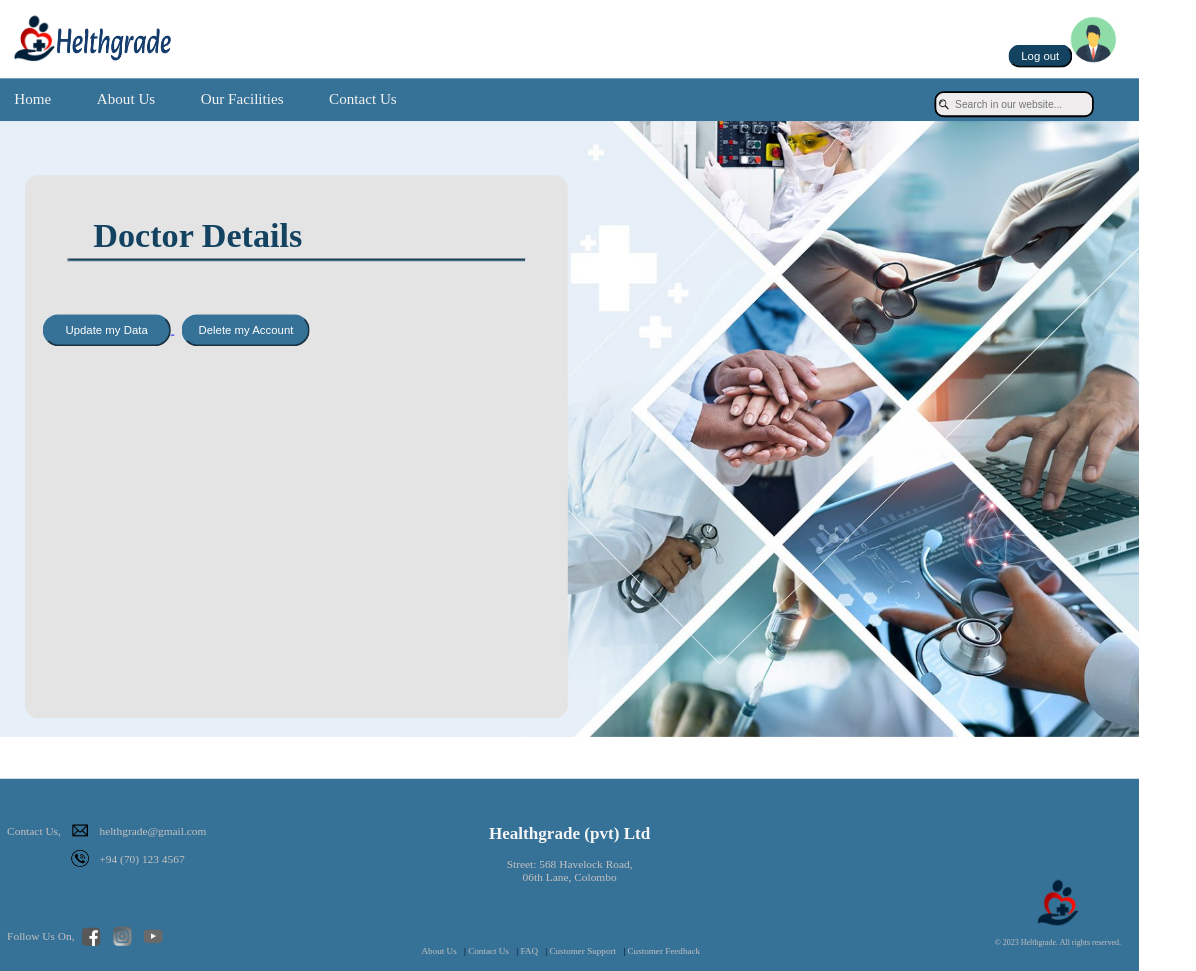
Repository: ILWijewardhana/echannelling-System
Page: http://localhost/echanneling/Doctor.jsp
The author's editor kept a copy of each file at every save. The page is drawn from the files as they stood at one save, then again after the next save.
The browser window is 1280 px wide. The page is 1280 px wide, then 1344 px, then 1280 px, so the pictures cover 1344 px, including what lies to the right of the window. The pictures show the whole page, at 89% of full size.
The page is served by Tomcat 9. Other server files are loaded and not shown. The template is opened directly, without the code that normally fills it, so the values that code supplies are empty.

Above is the page before, as saved 2024-05-13 18:05:20.

### echanneling/src/main/webapp/Doctor.jsp
<%@ page language="java" contentType="text/html; charset=ISO-8859-1"
    pageEncoding="ISO-8859-1"%>
    <%@taglib prefix="c" uri="http://java.sun.com/jsp/jstl/core"%>

<!DOCTYPE html>
<html>
<head>
<meta charset="ISO-8859-1">
<title>Doctor account</title>

	 <link rel="stylesheet" href="CSS/doctor.css">
  </head>
  <body>

  <div class="background">
  <div class="blur"></div>
  </div>

  <div class="login">
    <img src="Images/logo.png" id="logo" alt="channel logo">
    <img src="Images/title1.png" id="title" alt="channel title">
    <img src="Images/worker.png" id="pImg" alt="profile image">
  </div>
  <div class="Aname">
    <a href="Home.jsp" id="logout" ><button>Log out</button></a>
  </div>



<!--navigation bar-->
<div class="navBarDiv">
    <div class="topnav">
    <a href="Home.jsp">Home</a>
    <a href="aboutUs.jsp">About Us</a>
    <a href="ourfacility.jsp">Our Facilities</a>
    <a href="contactUs.jsp">Contact Us</a>
</div>

      <div class="search">
        <form style="height: 100%;" onsubmit="return false">
          <input type="search" placeholder="Search in our website..." id="searchBar" onsearch="search()">
          <img src="Images/search.png">
          <script src="JS/searchBar.js"></script>
          <input type="submit" id="searchSubmit">
        </form>
      </div>



   <div id="doc">
    <table  style="width:100%">
        <tr>
            <th align="left">
            <h1>Doctor Details</h1>
            <hr>
            	<table id="table" style="width:90%">
				<c:forEach var ="doc" items ="${docDetails}">

					<c:set var="id" value="${doc.id}"/>
					<c:set var="fname" value="${doc.firstName}"/>
					<c:set var="lname" value="${doc.lastName}"/>
					<c:set var="specialization" value="${doc.specialization}"/>
					<c:set var="address" value="${doc.address}"/>
					<c:set var="email" value="${doc.email}"/>
					<c:set var="phone" value="${doc.phone}"/>
					<c:set var="gender" value="${doc.gender}"/>
					<c:set var="username" value="${doc.username}"/>
					<c:set var="password" value="${doc.password}"/>

					<tr>
						<td>Doctor ID</td>
						<td>${doc.id}</td>
					</tr>
					<tr>
						<td>First Name</td>
						<td>${doc.firstName}</td>
					</tr>
					<tr>
						<td>Last Name</td>
						<td>${doc.lastName}</td>
					</tr>
					<tr>
						<td>Specialization</td>
						<td>${doc.specialization}</td>
					</tr>
					<tr>
						<td>Address</td>
						<td>${doc.address}</td>
					</tr>
					<tr>
						<td>Email</td>
						<td>${doc.email}</td>
					</tr>
					<tr>
						<td>Contact no.</td>
						<td>${doc.phone}</td>
					</tr>
					<tr>
						<td>Gender</td>
						<td>${doc.gender}</td>
					</tr>
					<tr>
						<td>Username</td>
						<td>${doc.username}</td>
					</tr>
					<tr>
						<td>Password</td>
						<td>${doc.password}</td>
					</tr>

				</c:forEach>
				</table>

				<br>
				<br>

				<c:url value="UpdateDoctor.jsp" var="docupdate">
					<c:param name="id" value="${id}"/>
					<c:param name="fname" value="${fname}"/>
					<c:param name="lname" value="${lname}"/>
					<c:param name="specialization" value="${specialization}"/>
					<c:param name="address" value="${address}"/>
					<c:param name="email" value="${email}"/>
					<c:param name="phone" value="${phone}"/>
					<c:param name="gender" value="${gender}"/>
					<c:param name="uname" value="${username}"/>
					<c:param name="Pwd" value="${password}"/>
				</c:url>

                <a href="${docupdate}">
                <input type="button" name="update" class="button1" value="Update my Data">
                </a>

                <c:url value="DeleteDoctor.jsp" var="docdelete">
					<c:param name="id" value="${id}"/>
					<c:param name="fname" value="${fname}"/>
					<c:param name="lname" value="${lname}"/>
					<c:param name="specialization" value="${specialization}"/>
					<c:param name="address" value="${address}"/>
					<c:param name="email" value="${email}"/>
					<c:param name="phone" value="${phone}"/>
					<c:param name="gender" value="${gender}"/>
					<c:param name="uname" value="${username}"/>
					<c:param name="Pwd" value="${password}"/>
				</c:url>

                <a href="${docdelete}">
                <input type="button" name="delete" class="button1" value="Delete my Account">
                </a>

            </th>
        </tr>
    </table>
	<br><br>

	</div>


		   <!--footer-->
    <footer>
        <br><br>
        <table width="30%" class="footerTable">
          <tr>
            <td width="20%">Contact Us,</td>
            <td width="10%"><img src="Images/email.png" width="80%"></td>
            <td style="white-space:nowrap; text-align: left;">helthgrade@gmail.com</td>
          </tr>
          <tr>
            <td></td>
            <td><img src="Images/phone.png" width="55%"></td>
            <td style="text-align: left;">+94 (70) 123 4567</td>
          </tr>
        </table><br><br><br>

        <table width="30%" class="footerTable footerTableHover">
          <tr>
            <td>Follow Us On,</td>
            <td width="10%"><a href="https://www.facebook.com/" target="_blank"><img src="Images/facebook.png" class="fb"></a></td>
            <td width="10%"><a href="https://www.instagram.com/" target="_blank"><img src="Images/insta.png" class="insta"></a></td>
            <td width="10%"><a href="https://www.youtube.com/" target="_blank"><img src="Images/youtube.png" class="yt"></a></td>

            <td width="60%"></td>
          </tr>
        </table><br>

        <div class="address">
          <h2>Healthgrade (pvt) Ltd</h2>
          <p>Street: 568 Havelock Road,<br>06th Lane, Colombo</p>
        </div>

        <div class="hyperLinks">
          <p>
            <a href="aboutUs.jsp">About Us</a> |
            <a href="contactUs.jsp">Contact Us</a> |
            <a href="FAQ.jsp">FAQ</a> |
            <a href="customerSupport.jsp">Customer Support</a> |
            <a href="CustomerFeedback.jsp">Customer Feedback</a>
          </p>
        </div>
        <br><br>

        <div class="bottomLogo">
          <img src="Images/logo.png">
          <p>&copy; 2023 Helthgrade. All rights reserved.</p>
        </div>

      </footer>
    </body>
  </html>

### echanneling/src/main/webapp/CSS/doctor.css
@charset "ISO-8859-1";
body{
    margin: 0px;
    padding: 0px;
    background-color:white;


}

.background{
	position:absolute;
	top:15%;
	left:0%;
	width:100%;
	min-height:100%;
	background-image:url("../Images/bg.png");
	background-repeat: no-repeat;
	background-size: cover;
	z-index: -1;
	filter:blur(0px);
}

#logo{
    margin: 1%;
    position: absolute;
    margin-top: -1%;
    width: 6vw;
    margin-left: 0%;

}

#title{
    position: absolute;
    width: 10vw;
    margin-top: 1%;
    margin-left: 5%;
    margin-right: auto;
    height: 5%;

}

.login{
    margin-top: 1.5%;
}

#pImg {
    margin-right: 2%;
    width: 4%;
    float: right;
    margin-top:0%
  }
  .Aname h3{
    font-size: 1.3vw;
    text-align: right;
    font-family: Arial, Helvetica, sans-serif;
    margin-top:2%;
    color: #134360;
  }

  a{
    margin-right: 1.5%;
 }

 .Aname button{
    position: absolute;
    height: 3.5vh;
    width: 10vh;
    border-radius: 2vw;
    font-size: 1vw;
    color: white;
    background-color: #134360;
    cursor: pointer;
    transition: 1s;
    left: 88.5%;
    border-color:#134360 ;
    top: 7%;
  }
  .Aname button:hover {
    filter: drop-shadow(0 0 3px #000);
    transform: scale(1);
    transition: 1s;
  }

  /* navigation bar */

.topnav {
    margin-top: 4%;
    overflow: hidden;
    background-color: #367297;
  }

.topnav a {
    float: left;
    color: #f2f2f2;
    text-align: center;
    padding: 14px 16px;
    text-decoration: none;
    font-size: 17px;
  }

.topnav a:hover {
    background-color: #eeecec;
    color: black;
  }

.topnav a.active {
    background-color: #134360;
    color: white;
  }


/*search bar*/
.search {
    width: 14vw;
    height: 4vh;
    margin-left: 82%;
    margin-top: -1.5%;
    transform: translateY(-50%);
    transition: 1s;
  }

.search input {
    margin-bottom: 2%;
    border-color: black;
    background-color:#eeecec;
    border: 2px solid ;
    border-radius: 10px;
    padding-left: 12%;
    width: 100%;
    height: 100%;
    font-size: 1vw;
    transition: 1s;
    color: black;
  }
.search input::placeholder {

    font-size: .9vw;
  }

.search input::-ms-input-placeholder {
    color: grey;
  }

.search img {
    width: .9vw;
    position: absolute;
    left: 3%;
    top: 50%;
    transform: translateY(-50%);
  }

.search input[type=submit] {
    visibility: hidden;
  }

  #doc {
    border: 2px solid ;
    border-color: #e4e4e4;
    border-radius: 15px;
    width: 45%;
    height: 80vh;
    position: relative;
    margin-top: 4%;
    left: 26%;
    transform: translate(-50%);
    transition: 1s;
    background-color:#e4e4e4;
    padding: 15px;
  }
  #doc h1 {
    font-size: 3vw;
    margin-left:10%;
    transition: 1s;
    color:#134360;
  }

  #doc hr{
     height:2px;
      width:90%;
     margin-left:5%;
      background-color: #134360;
      margin-top:-4%;
  }



  #table {
	  font-family: Arial, Helvetica, sans-serif;
	  border-collapse: collapse;
	  width: 100%;
	  border-radius:10px;
	  margin-left:5%;
	  margin-top:4%;
	}
	#table td, #doct th {
	  border: 1px solid #ddd;
	  padding: 8px;
	}
	#table tr:nth-child(even){background-color: #f2f2f2;}
	#table tr:hover {background-color: #ddd;}
	#table th {
	  padding-top: 12px;
	  padding-bottom: 12px;
	  text-align: left;
	  background-color: #04AA6D;
	  color: white;
	}

	.btn1{
	background-color: #367297;
	height: 5vh;
    width: 20vh;
    border-radius: 2vw;
    font-size: 1vw;
    color: white;
    border-color:#367297 ;
    transition: 1s;
	}

  .btn1:hover {
    filter: drop-shadow(0 0 3px #000);
    transform: scale(1);
    transition: 1s;
  }

  .button1{
	background-color: #367297;
	height: 5vh;
    width: 20vh;
    border-radius: 2vw;
    font-size: 1vw;
    color: white;
    border-color:#367297 ;
    transition: 1s;
	}

  .button1:hover {
    filter: drop-shadow(0 0 3px #000);
    transform: scale(1);
    transition: 1s;
  }

  .button2{
	background-color: #367297;
	height: 5vh;
    width: 20vh;
    border-radius: 2vw;
    font-size: 1vw;
    color: white;
    border-color:#367297 ;
    transition: 1s;
    margin-top:3%;
    margin-left:2%;
	}

  .button2:hover {
    filter: drop-shadow(0 0 3px #000);
    transform: scale(1);
    transition: 1s;
  }

   /* footer */

footer {
    display: block;
    box-sizing: border-box;
    position: relative;
    padding: 5px 5px 0px 5px;
    left: 0px;
    right: 0px;
    bottom: -10px;
    margin-top: 8vh;
    overflow: hidden;
    width: 100%;
    background-color: #367297;
    height: 30vh;
  }
  .footerTable td {
    font-size: 105%;
    font-size: 1vw;
    margin-top: 5vh;
    color: rgb(197, 193, 193);
  }
  .footerTable tr td {
    text-align: center;
    margin-top: 4vh;
  }
  .footerTable td:first-child {
    width: 1%;
    white-space: nowrap;
  }
  .socials {
    position: absolute;
    margin-top: -2.1%;
    margin-left: 4%;
  }
  .fb {
    margin-top: 10%;
    width: 70%;
    border-radius: 5px;
  }
  .insta {
    margin-top: 10%;
    width: 70%;
  }
  .yt {
    margin-top: 10%;
    width: 80%;
  }
  .tiktok {
    margin-top: 10%;
    width: 70%;
    border-radius: 5px;
  }
  .footerTableHover img:hover {
    transform: scale(110%);
    filter: drop-shadow(0px 0px 1px #000);
  }
  .address {
    position: absolute;
    top: 32%;
    left: 50%;
    transform: translate(-50%, -50%);
    text-align: center;
  }
  .address h2 {
    margin-top: 25%;
    font-size: 1.5vw;
    color:whitesmoke;
  }
  .address p {
    font-size: 1vw;
    color: rgb(197, 193, 193);
  }
  .hyperLinks {
    position: absolute;
    font-size: .8vw;
    top: 90%;
    left: 52%;
    transform: translate(-50%, -50%);
    width: 30%;
  }
  .hyperLinks p a {
    text-decoration: none;
    color: rgb(197, 193, 193);
  }
  .hyperLinks p a:hover {
    color:black;
  }
  .hyperLinks .currentFooter {
    font-weight: bold;
  }
  .hyperLinks .currentFooter:hover {
    cursor: default;
  }
  .bottomLogo {
    padding: 5px;
    position: absolute;
    right: 0;
    width: 15vw;
    height: fit-content;
    top: 50%;
    transform: translate(0, -45%);
  }
  .bottomLogo img {
    position: relative;
    width: 40%;
    margin-top: 35%;
    left: 35%;
  }
  .bottomLogo p {
    position: relative;
    font-size: .7vw;
    text-align: center;
    margin-top: -2%;
    color: rgb(197, 193, 193);
    left: 5%;
  }

### echanneling/src/main/webapp/JS/searchBar.js
/**
 *
 */function search()
{
    var text = document.getElementById("searchBar").value;
    text = text.toLowerCase();
    if(text == 'home')
    {
        window.location = "../HTML/Home.html";
    }
    else if(text == 'our work')
    {
        window.location = "../HTML/ourWork.html";
    }
    else if(text == 'admin login')
    {
        window.location = "../HTML/adminLogin.html";
    }
    else if(text == 'employee login')
    {
        window.location = "../HTML/employeeLogin.html";
    }
    else if(text == 'login')
    {
        window.location = "../HTML/login.html";
    }
    else if(text == 'customer support')
    {
        window.location = "../HTML/customerSupport.html";
    }
    else if(text == 'feedback')
    {
        window.location = "../HTML/feedback.php";
    }
    else if(text == 'what we do')
    {
        window.location = "../HTML/whatWeDo.html";
    }
    else if(text == 'about us' || text == 'who we are')
    {
        window.location = "../HTML/aboutUs.html";
    }
    else if(text == 'contact us')
    {
        window.location = "../HTML/contactUs.html";
    }
    else if(text == 'faq')
    {
        window.location = "../HTML/FAQ.html";
    }
    else if(text == 'register')
    {
        window.location = "../HTML/register.html";
    }
    else
    {
        alert("No such webpage available. Try 'home'");
    }
    console.log(text);
}

After the next save:
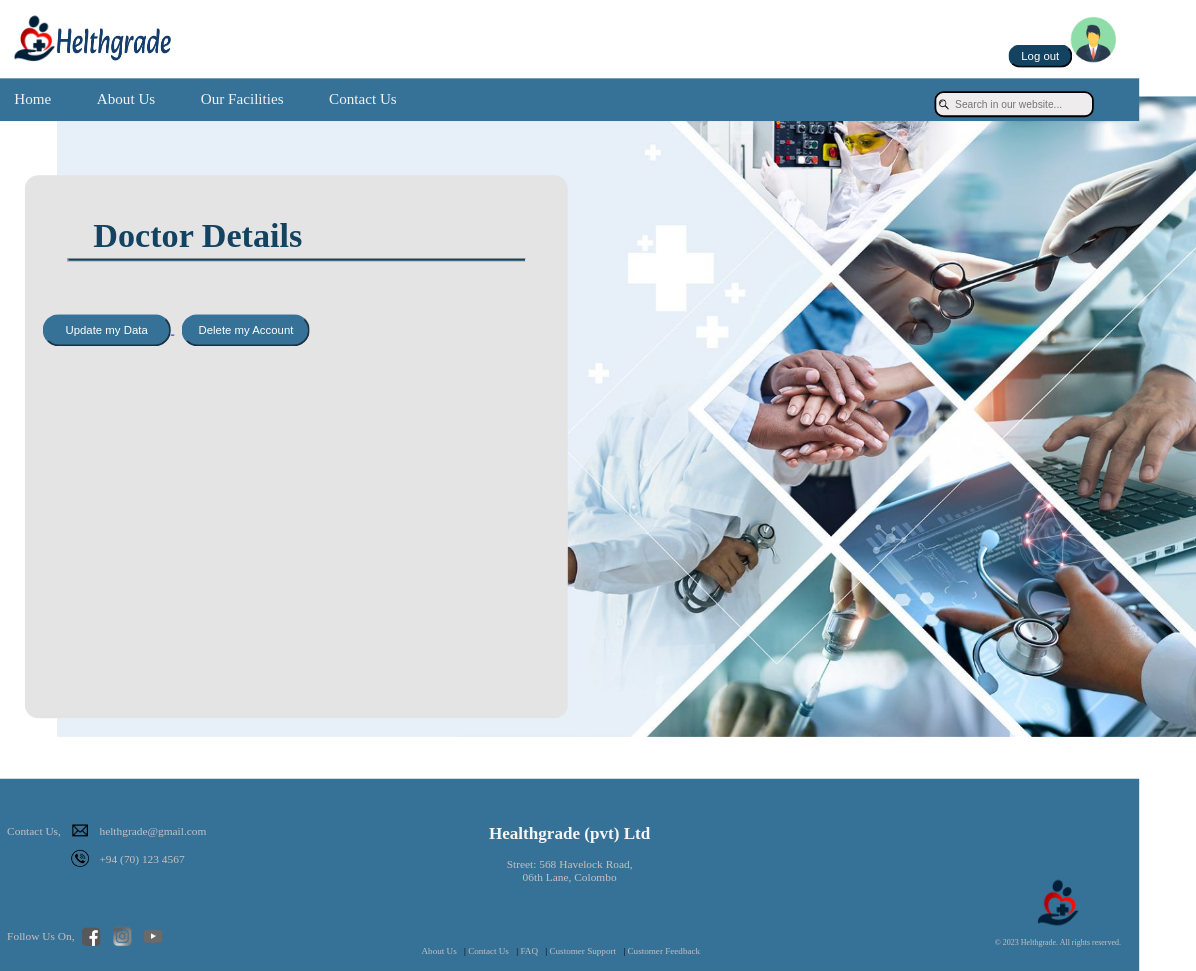
Saved 24 s later.
--- a/echanneling/src/main/webapp/CSS/doctor.css
+++ b/echanneling/src/main/webapp/CSS/doctor.css
@@ -10,7 +10,7 @@
 .background{
 	position:absolute;
 	top:15%;
-	left:0%;
+	left:5%;
 	width:100%;
 	min-height:100%;
 	background-image:url("../Images/bg.png");

After the save that followed:
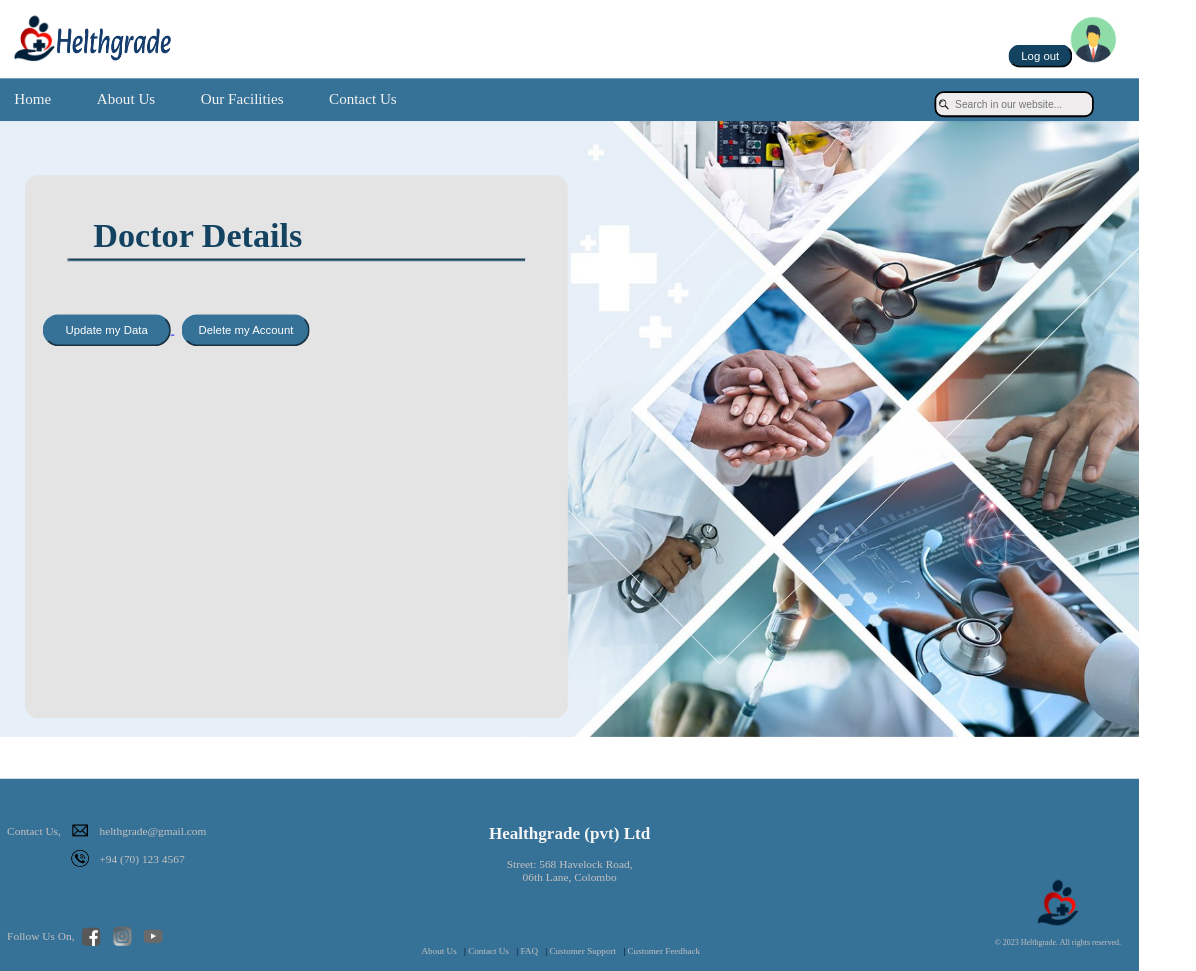
Saved 20 s later.
--- a/echanneling/src/main/webapp/CSS/doctor.css
+++ b/echanneling/src/main/webapp/CSS/doctor.css
@@ -10,7 +10,7 @@
 .background{
 	position:absolute;
 	top:15%;
-	left:5%;
+	left:0%;
 	width:100%;
 	min-height:100%;
 	background-image:url("../Images/bg.png");
